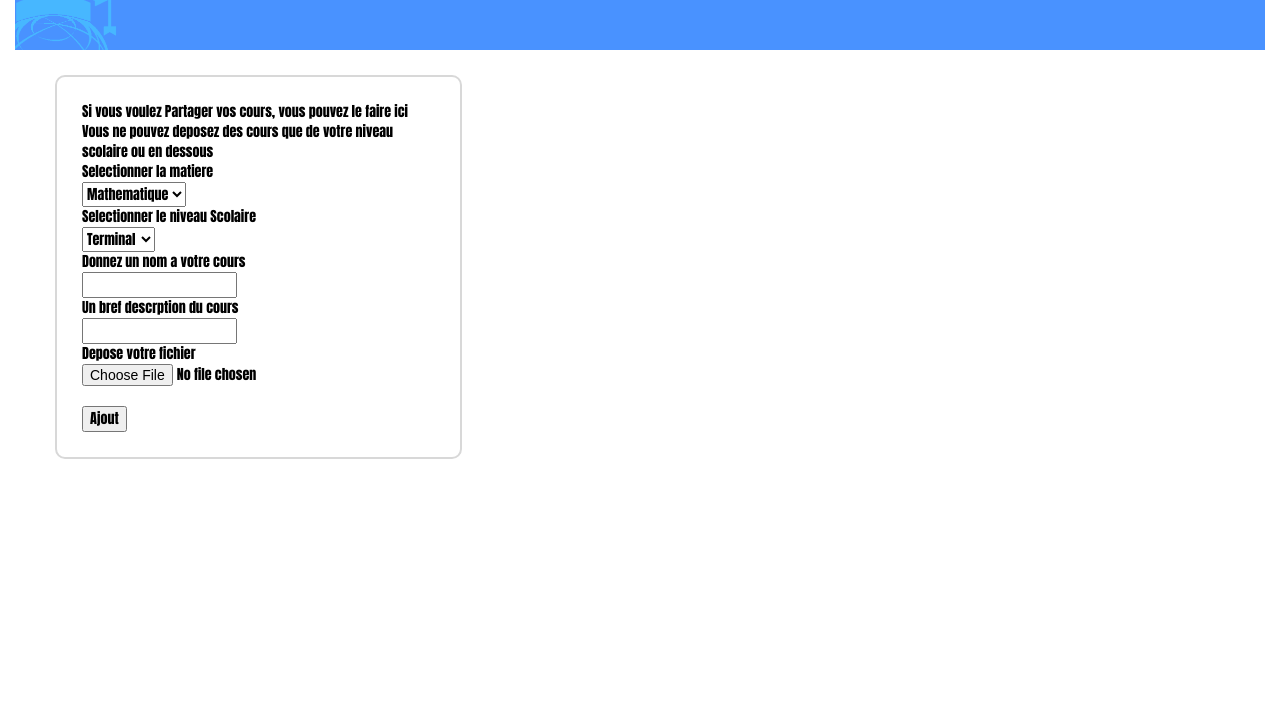
Repository: AntoAnt/WikiScolaire-
Page: http://localhost/InterfaceWikiScolair/WEB-INF/AjoutCours.jsp
An editor plug-in stored every save of this project. The page is shown before and after the next save, followed by the edit.
The browser window is 1280 px wide. The pictures show the whole page.
Some web fonts or font styles are not loaded; a fallback is used. The page is served by Tomcat 9. Nobody is signed in. Other server files are loaded and not shown. The template is opened directly, without the code that normally fills it, so the values that code supplies are empty.

Above is the page before, as saved 2017-04-27 17:08:12.

### InterfaceWikiScolair/WebContent/WEB-INF/AjoutCours.jsp
<%@ page language="java" contentType="text/html; charset=ISO-8859-1"
    pageEncoding="ISO-8859-1"%>
<!DOCTYPE html PUBLIC "-//W3C//DTD HTML 4.01 Transitional//EN" "http://www.w3.org/TR/html4/loose.dtd">
<html>
<head>
 	<meta charset="utf-8">
    <meta http-equiv="X-UA-Compatible" content="IE=edge">
    <meta name="viewport" content="width=device-width, initial-scale=1.0">
    <link href="/InterfaceWikiScolair/bootstrap-3.3.7-dist/css/bootstrap.min.css" rel="stylesheet">
    <link href="/InterfaceWikiScolair/font-awesome-4.6.3/css/font-awesome.min.css"  rel="stylesheet">
    <link href="https://fonts.googleapis.com/css?family=Crimson+Text" rel="stylesheet">
    <link href="/InterfaceWikiScolair/style.css" rel="stylesheet">
	<meta http-equiv="Content-Type" content="text/html; charset=ISO-8859-1">
<title>Ajout Cours</title>
</head>
<body>
<div class="container-fluid">

            <img src="/InterfaceWikiScolair/image/testelogo.png" class="superpose"/>

            <!--Navbar-->
            <nav class="bar">
                <div class="container">
                    <ul class="nav navbar-nav navbar-right">
                        <li class="">
						</li>
                    </ul>
                </div>
            </nav>
	<div class="container-fluid">
                <div class="col-xs-12 col-sm-12 col-lg-4 col-md-4 doc">
				<form method="post" action="/InterfaceWikiScolair/ControleurPrincipal?idaction=Insert_cours">

			Si vous voulez Partager vos cours, vous pouvez le faire ici</br>
			Vous ne pouvez deposez des cours que de votre niveau scolaire ou en dessous</br>
			Selectionner la matiere </br>
				<select name="CHAMP_Cours_Matiere">
					<option value ="MA">Mathematique</option>
					<option value ="FR">Français</option>
					<option value ="AN">Anglais</option>
					<option value ="SV">SVT</option>
					<option value ="PH">Physique</option>
					<option value ="EC">economie</option>
					<option value ="HI">Histoire</option>
					<option value ="GE">Geographie</option>
					<option value ="PH">Philosophie</option>
				</select></br>
				 Selectionner le niveau Scolaire </br>
				<select name="CHAMP_Cours_Niveau">
					<option value = "TE">Terminal</option>
					<option value = "PR">Premiere</otpion>
					<option value = "SE">Seconde</option>
				</select></br>

			Donnez un nom a votre cours</br>
			<input type="text" name="CHAMP_Cours_Nom"></br>
			Un bref descrption du cours</br>
			<input type="text" name="CHAMP_Cours_Doc"></br>
			Depose votre fichier</br>
			<input type="file" name="file_cours"></br>
			<input type="submit" name="Ajout_cours" value="Ajout"></br>
	</form>
</div>
</div>
</body>
</html>

### InterfaceWikiScolair/WebContent/style.css
body{
	font-family: 'Impact', serif;
	color: black;
}

.superpose {
   position: absolute;
   top: 0px;
   left: 15px;
   height: 50px;
}

.bar{
    background-color: #4992FF;
    padding: 25px;
}

.dropdown{
	margin-left: 50%;
}

.doc{
	margin:25px;
	padding: 25px;
	border-style: solid;
	border-color: #D8D8D8;
	border-radius: 10px;
	border-width: 2px;
}

a:hover {
	color: black;
	background-color: black;
}

.nav > li > a:hover {
  background-color: #4992FF;
}

@media screen and (max-width: 768px){
	.nonemin{
		display: none;
	}
}
@media screen and (min-width: 768px){
	.nonemax{
		display: none;
	}
}

Loaded but not shown: InterfaceWikiScolair/WebContent/bootstrap-3.3.7-dist/css/bootstrap.min.css (library); InterfaceWikiScolair/WebContent/font-awesome-4.6.3/css/font-awesome.min.css (library)

After the next save:
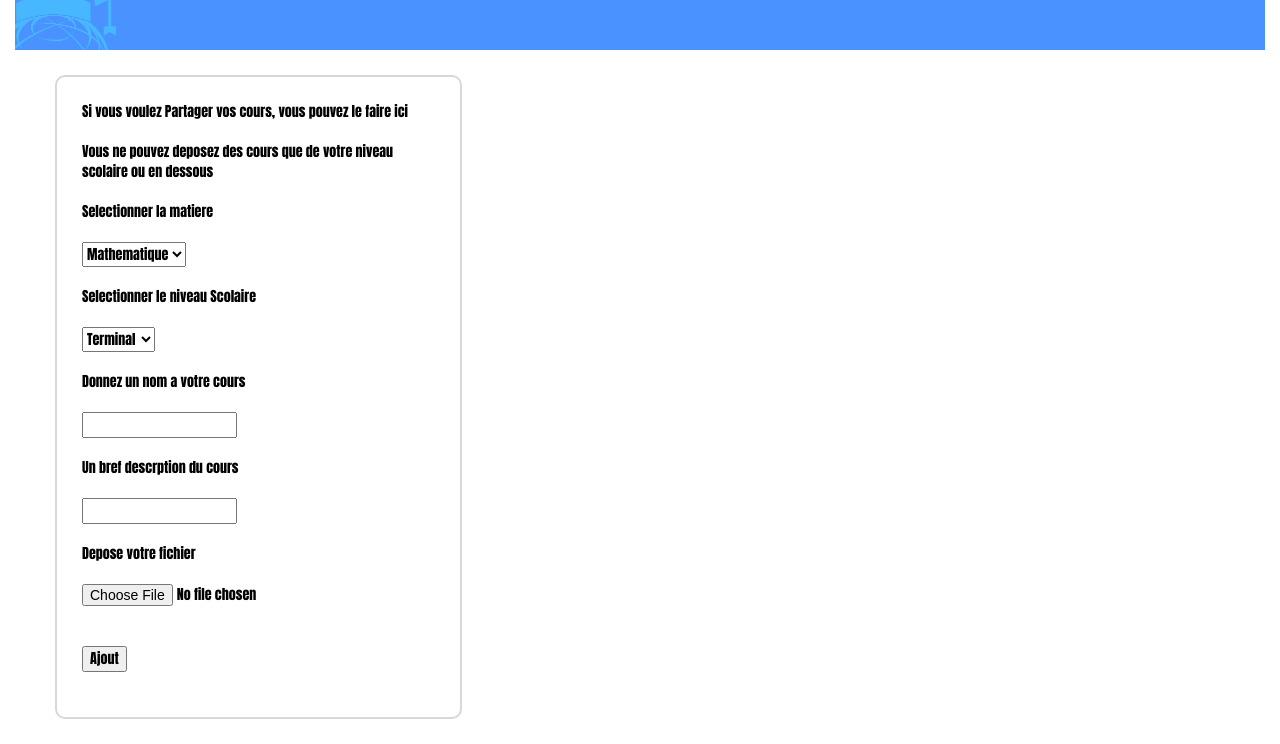
Saved 79 s later.
--- a/InterfaceWikiScolair/WebContent/WEB-INF/AjoutCours.jsp
+++ b/InterfaceWikiScolair/WebContent/WEB-INF/AjoutCours.jsp
@@ -31,9 +31,9 @@
                 <div class="col-xs-12 col-sm-12 col-lg-4 col-md-4 doc">
 				<form method="post" action="/InterfaceWikiScolair/ControleurPrincipal?idaction=Insert_cours">
 
-			Si vous voulez Partager vos cours, vous pouvez le faire ici</br>
-			Vous ne pouvez deposez des cours que de votre niveau scolaire ou en dessous</br>
-			Selectionner la matiere </br>
+			Si vous voulez Partager vos cours, vous pouvez le faire ici</br></br>
+			Vous ne pouvez deposez des cours que de votre niveau scolaire ou en dessous</br></br>
+			Selectionner la matiere </br> </br>
 				<select name="CHAMP_Cours_Matiere">
 					<option value ="MA">Mathematique</option>
 					<option value ="FR">Français</option>
@@ -44,21 +44,21 @@
 					<option value ="HI">Histoire</option>
 					<option value ="GE">Geographie</option>
 					<option value ="PH">Philosophie</option>
-				</select></br>
-				 Selectionner le niveau Scolaire </br>
+				</select></br></br>
+				 Selectionner le niveau Scolaire </br></br>
 				<select name="CHAMP_Cours_Niveau">
 					<option value = "TE">Terminal</option>
 					<option value = "PR">Premiere</otpion>
 					<option value = "SE">Seconde</option>
-				</select></br>
+				</select></br></br>
 
-			Donnez un nom a votre cours</br>
-			<input type="text" name="CHAMP_Cours_Nom"></br>
-			Un bref descrption du cours</br>
-			<input type="text" name="CHAMP_Cours_Doc"></br>
-			Depose votre fichier</br>
-			<input type="file" name="file_cours"></br>
-			<input type="submit" name="Ajout_cours" value="Ajout"></br>
+			Donnez un nom a votre cours</br></br>
+			<input type="text" name="CHAMP_Cours_Nom"></br></br>
+			Un bref descrption du cours</br></br>
+			<input type="text" name="CHAMP_Cours_Doc"></br></br>
+			Depose votre fichier</br></br>
+			<input type="file" name="file_cours"></br></br>
+			<input type="submit" name="Ajout_cours" value="Ajout"></br></br>
 	</form>
 </div>
 </div>
